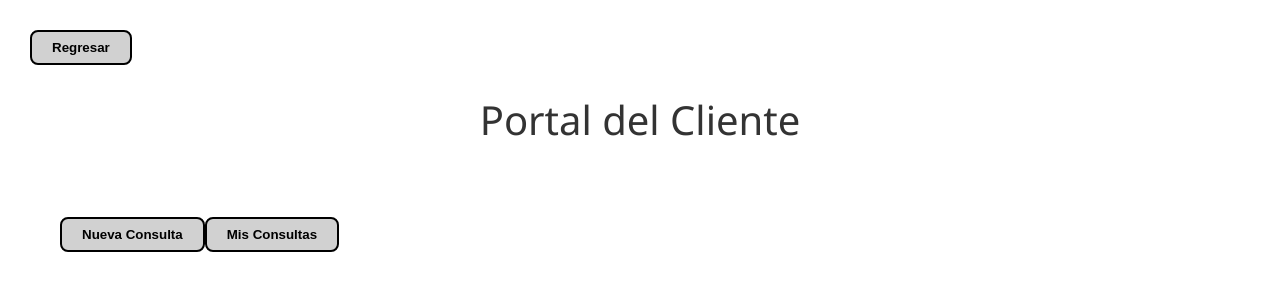
Repository: Devcodery/Trabajo-Fin-de-Grado
Page: http://localhost/Proyecto_Grupo3/vistas/portalCliente.jsp
An editor plug-in stored every save of this project. The page is shown before and after the next save, followed by the edit.
The browser window is 1280 px wide. The pictures show the whole page.
The page is served by Tomcat 9. Other server files are loaded and not shown.

Above is the page before, as saved 2026-05-06 18:37:13.

### java/Proyecto_Grupo3/src/main/webapp/vistas/portalCliente.jsp
<%@ page language="java" contentType="text/html; charset=UTF-8"
    pageEncoding="UTF-8"%>
<!DOCTYPE html>
<html>
<head>
<meta charset="UTF-8">
<title>Portal Cliente</title>
<link rel="stylesheet" type="text/css" href="../style/style.css">
</head>
<body>
	<div class="nav">
        <button class="btn">Regresar</button>
    </div>
    <h1 class="titulo">Portal del Cliente</h1>

    <div class="layout">
		<button class="btn" href="/formularioSolicitud.php">Nueva Consulta</a>
		<button class="btn" href="/">Mis Consultas</a>
	</div>
</body>
</html>

### java/Proyecto_Grupo3/src/main/webapp/style/style.css
body {
    font-family: 'Segoe UI', Arial, sans-serif;
    margin: 0;
    padding: 30px;
    background-color: #ffffff;
    color: #333;
}

.nav {
    display: flex;
    justify-content: space-between;
    margin-bottom: 20px;
}

.btn {
    background-color: #d1d1d1;
    border: 2px solid #000;
    border-radius: 8px;
    padding: 8px 20px;
    font-weight: bold;
    cursor: pointer;
}

.titulo {
    text-align: center;
    font-size: 40px;
    margin-bottom: 40px;
    font-weight: normal;
}

.label {
    display: block;
    font-size: 18px;
    font-weight: 600;
    margin-bottom: 10px;
}

.info-content {
    font-size: 16px;
    line-height: 1.6;
    margin-bottom: 40px;
}

.scroll-box {
    border: 2px solid #000;
    border-radius: 12px;
    padding: 15px;
    overflow-y: scroll;
    background: #fff;
}

.height-consultas { height: 160px; }
.height-servicios { height: 380px; }

ul {
    list-style: none;
    padding: 0;
    margin: 0;
}

li {
    padding: 12px 5px;
    border-bottom: 1px solid #eee;
}

li:last-child {
    border-bottom: none;
}

.scroll-box::-webkit-scrollbar {
    width: 14px;
}
.scroll-box::-webkit-scrollbar-track {
    background: #f0f0f0;
    border-radius: 0 10px 10px 0;
}
.scroll-box::-webkit-scrollbar-thumb {
    background: #444;
    border-radius: 10px;
    border: 2px solid #f0f0f0;
}

.layout{
	margin: 0;
    padding: 30px;
    background-color: #ffffff;
    color: #333;
    cursor: default;

}

After the next save:
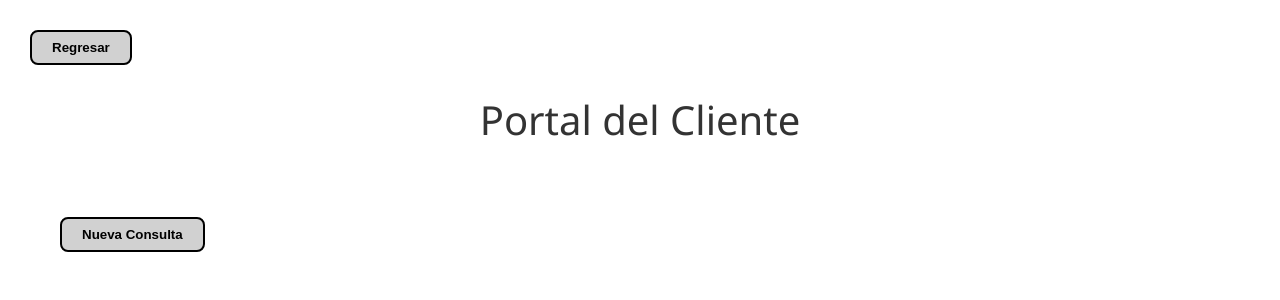
Saved 12 s later.
--- a/java/Proyecto_Grupo3/src/main/webapp/vistas/portalCliente.jsp
+++ b/java/Proyecto_Grupo3/src/main/webapp/vistas/portalCliente.jsp
@@ -15,7 +15,6 @@
 
     <div class="layout">
 		<button class="btn" href="/formularioSolicitud.php">Nueva Consulta</a>
-		<button class="btn" href="/">Mis Consultas</a>
 	</div>
 </body>
 </html>

After the save that followed:
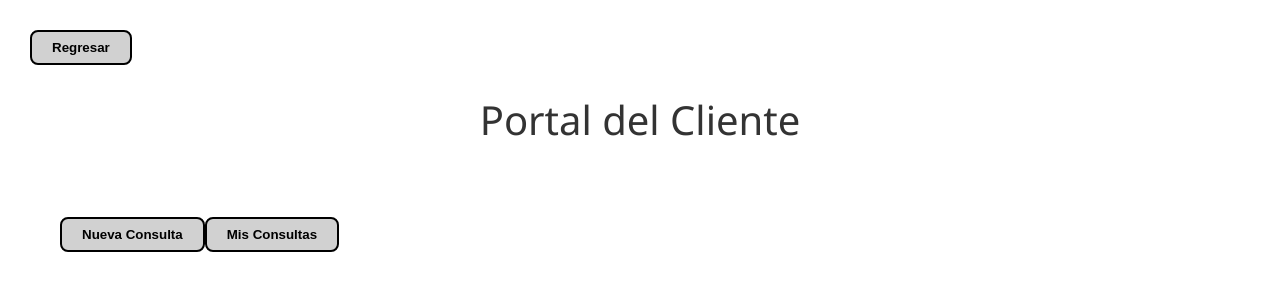
Saved 7 s later.
--- a/java/Proyecto_Grupo3/src/main/webapp/vistas/portalCliente.jsp
+++ b/java/Proyecto_Grupo3/src/main/webapp/vistas/portalCliente.jsp
@@ -15,6 +15,7 @@
 
     <div class="layout">
 		<button class="btn" href="/formularioSolicitud.php">Nueva Consulta</a>
+		<button class="btn" href="/">Mis Consultas</a>
 	</div>
 </body>
 </html>
